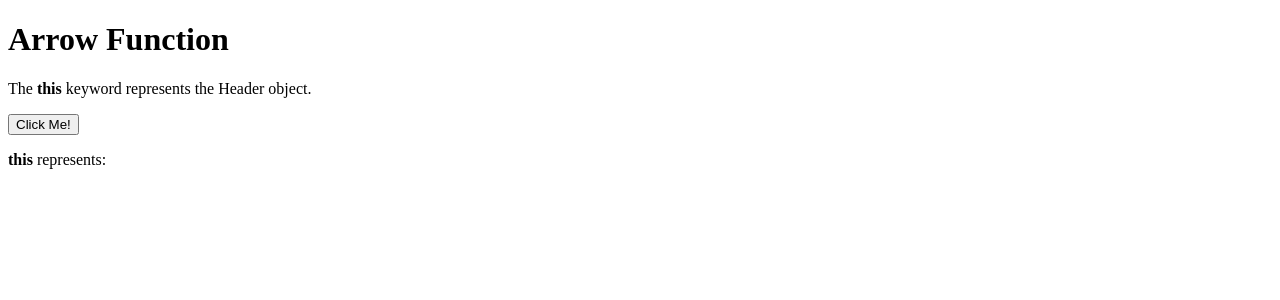
Repository: hsumyatm7308/React-Tutorial
Page: arrowfunction.html
The author's editor kept a copy of each file at every save. The page is drawn from the files as they stood at one save, then again after the next save.
The browser window is 1280 px wide. The pictures show the whole page.

Above is the page before, as saved 2023-08-21 23:09:18.

### arrowfunction.html
<!DOCTYPE html>
<html>

<head>
    <title>Arrow function</title>
</head>

<h1>Arrow Function</h1>

<p>The <strong>this</strong> keyword represents the Header object.</p>

<button id="btn">Click Me!</button>

<p><strong>this</strong> represents:</p>

<p id="demo"></p>

<body>

    <script type="text/javascript">

        //regular function
        hello = function (val) {
            return `Hello World. I'm ${val}`;
        }
        console.log(hello("self-leaner"))

        //arrow function
        hello = (val) => {
            return `Hello World. I'm ${val}`;

        }

        console.log(hello("arrow function"));

        hello = (val) => "Hello. I'm shorthand of " + val;
        console.log(hello('arrow function'));


        class Header {
            constructor() {
                this.color = "Red";
            }

            //Arrow functin
            chagecolor = () => {
                document.getElementById("demo").innerHTML += this;
            }
        }

        header = new Header();



    </script>
</body>

</html>

After the next save:
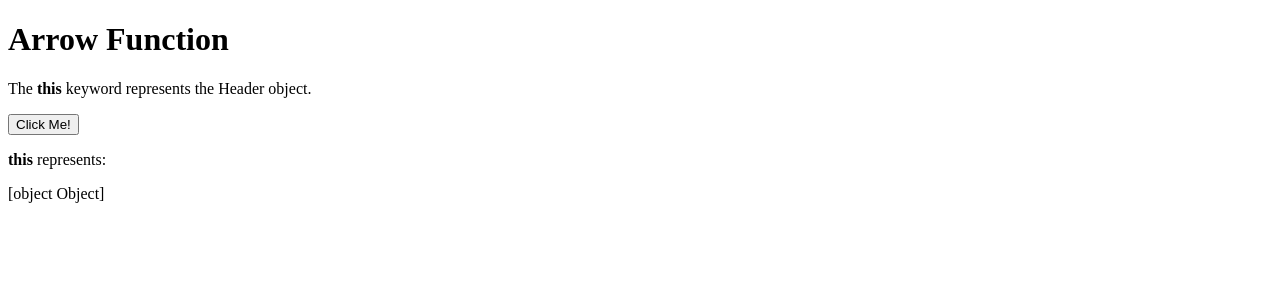
Saved 21 s later.
--- a/arrowfunction.html
+++ b/arrowfunction.html
@@ -50,7 +50,7 @@
 
         header = new Header();
 
-
+        header.chagecolor();
 
     </script>
 </body>

After the 3 saves that followed:
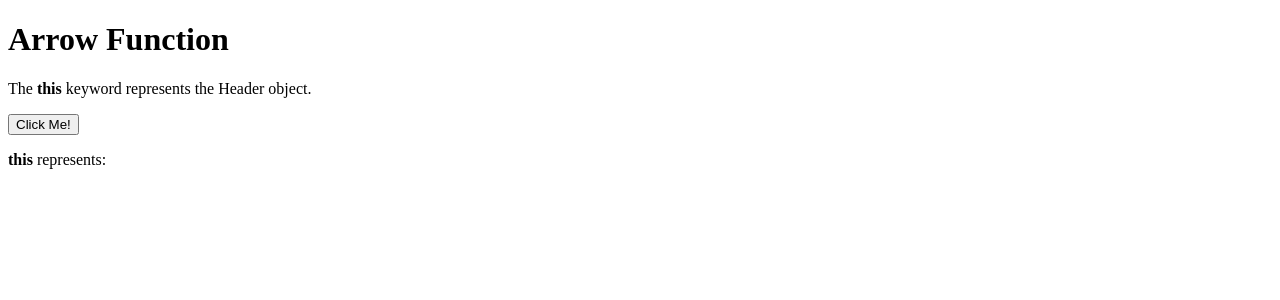
The 3 saves are shown as one change because 2 left the picture as it was.
The last was saved 46 s later.
--- a/arrowfunction.html
+++ b/arrowfunction.html
@@ -48,9 +48,9 @@
             }
         }
 
-        header = new Header();
+       const header = new Header();
 
-        header.chagecolor();
+
 
     </script>
 </body>
